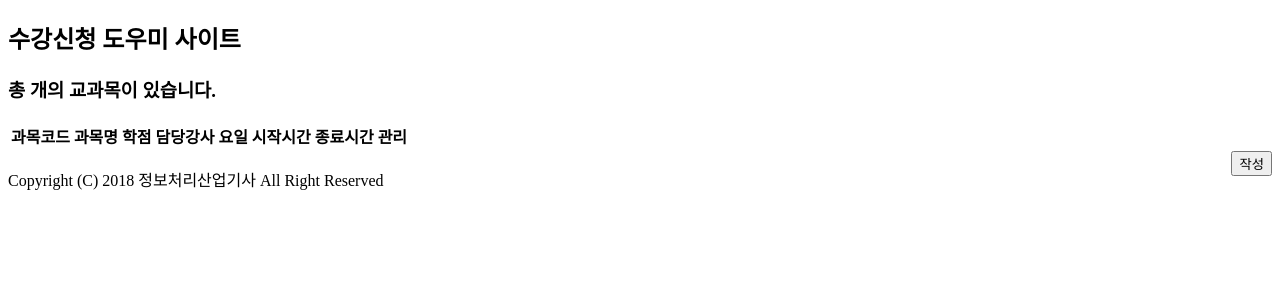
Repository: star-min/jsp_basic
Page: http://localhost/HRD_A02/
These files come from the project's save history. The page is drawn as it stood at one moment and after the next save; the edit follows.
The browser window is 1280 px wide. The pictures show the whole page.
The page is served by Tomcat 9. Queries for data that is not in the repository find no rows.

Above is the page before, as saved 2022-08-17 02:42:12.
Console error: SyntaxError: Function statements require a function name

### hrdkorea/HRD_A02/WebContent/index.jsp
<%@ page language="java" contentType="text/html; charset=UTF-8"
    pageEncoding="UTF-8"%>
<%@ page import="java.sql.*, javax.sql.*" %>
<%
	Connection conn = null;
	PreparedStatement pstmt = null;
	ResultSet rs = null;

	try{
		Class.forName("oracle.jdbc.OracleDriver");
		conn = DriverManager.getConnection("jdbc:oracle:thin:@//localhost:1521/xe","system","1234");
		pstmt = conn.prepareStatement("select * from course_tbl");
		rs = pstmt.executeQuery();
%>
<!DOCTYPE html PUBLIC "-//W3C//DTD HTML 4.01 Transitional//EN" "http://www.w3.org/TR/html4/loose.dtd">
<html>
<head>
<meta http-equiv="Content-Type" content="text/html; charset=UTF-8">
<title>Insert title here</title>
</head>
<body>
<header>
	<h2>수강신청 도우미 사이트</h2>
</header>
<content>
	<h3>총 개의 교과목이 있습니다.</h3>
	<table>
		<thead>
			<tr>
				<th>과목코드</th>
				<th>과목명</th>
				<th>학점</th>
				<th>담당강사</th>
				<th>요일</th>
				<th>시작시간</th>
				<th>종료시간</th>
				<th>관리</th>
			</tr>
		</thead>
		<tbody>
		<%
			while(rs.next()){
				String week = "월";
				if(rs.getString(5).equals("2")) week = "화";
				if(rs.getString(5).equals("3")) week = "수";
				if(rs.getString(5).equals("4")) week = "목";
				if(rs.getString(5).equals("5")) week = "금";
				if(rs.getString(5).equals("6")) week = "토";
		%>
			<tr>
				<td><%=rs.getString(1) %></td>
				<td><%=rs.getString(2) %></td>
				<td><%=rs.getInt(3) %></td>
				<td><%=rs.getString(4) %></td>
				<td><%=week %></td>
				<td><%=rs.getInt(6) %></td>
				<td><%=rs.getInt(7) %></td>
				<td>
				<a href="">수정</a>/
				<a href="">삭제</a>
				</td>
			</tr>
		<%
			}
		%>
		</tbody>
	</table>
	<input type="button" onClick="location.href='addCourse.jsp'" value="작성" style="float: right;">
</content>
<footer>
	<p>Copyright (C) 2018 정보처리산업기사 All Right Reserved</p>
</footer>
<%
	} catch (Exception e) {
		e.printStackTrace();
	} finally {
		if(rs!=null){ rs.close();}
		if(pstmt!=null) {pstmt.close();}
		if(conn!=null) {conn.close();}
	}
%>
<script>
function(){

}
</script>
</body>
</html>

After the next save:
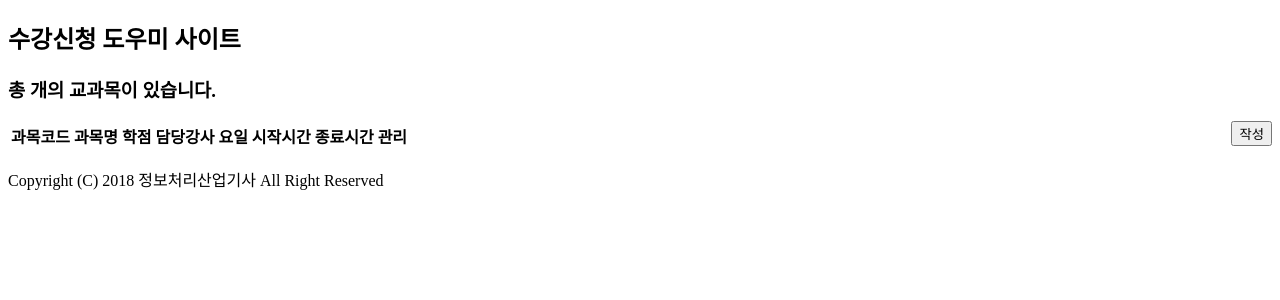
Saved 12 s later.
--- a/hrdkorea/HRD_A02/WebContent/index.jsp
+++ b/hrdkorea/HRD_A02/WebContent/index.jsp
@@ -64,8 +64,9 @@
 			}
 		%>
 		</tbody>
+			<input type="button" onClick="location.href='addCourse.jsp'" value="작성" style="float: right;">
 	</table>
-	<input type="button" onClick="location.href='addCourse.jsp'" value="작성" style="float: right;">
+
 </content>
 <footer>
 	<p>Copyright (C) 2018 정보처리산업기사 All Right Reserved</p>

After the save that followed:
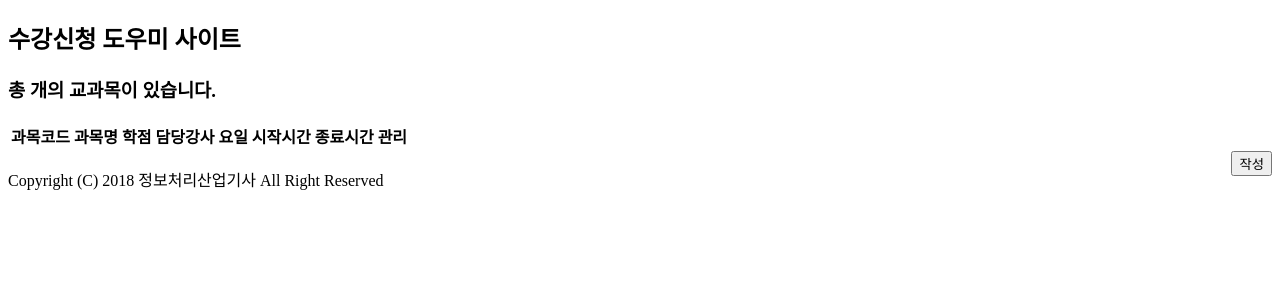
Saved 7 s later.
--- a/hrdkorea/HRD_A02/WebContent/index.jsp
+++ b/hrdkorea/HRD_A02/WebContent/index.jsp
@@ -64,9 +64,8 @@
 			}
 		%>
 		</tbody>
-			<input type="button" onClick="location.href='addCourse.jsp'" value="작성" style="float: right;">
 	</table>
-
+	<input type="button" onClick="location.href='addCourse.jsp'" value="작성" style="float: right;">
 </content>
 <footer>
 	<p>Copyright (C) 2018 정보처리산업기사 All Right Reserved</p>
